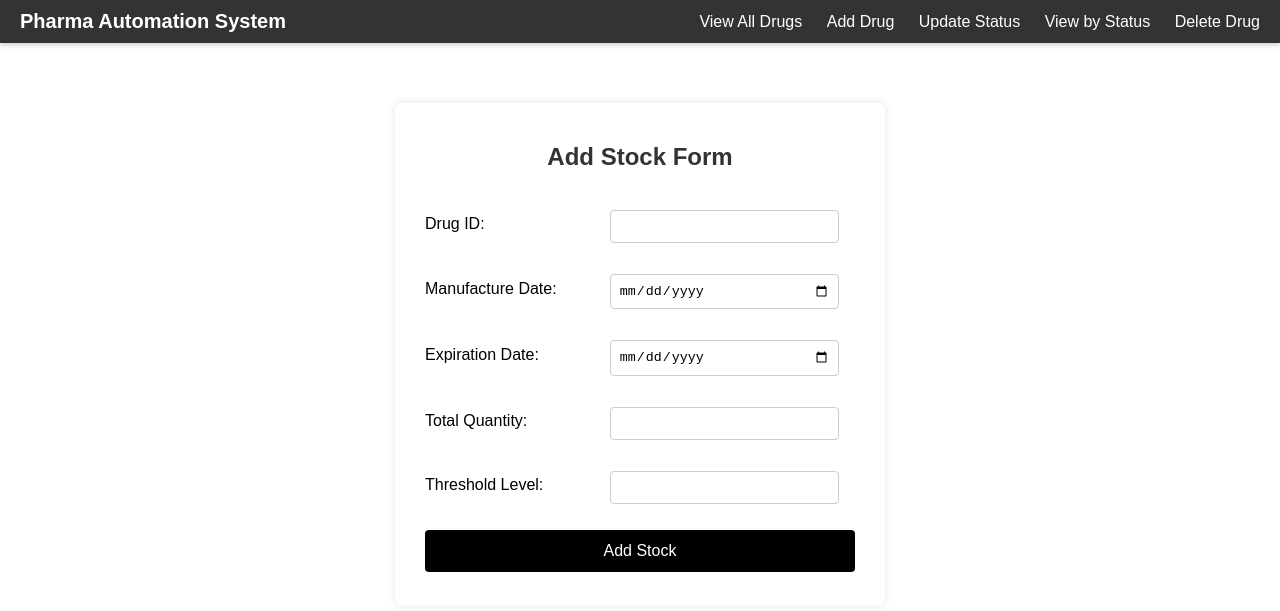
Repository: Clarrieous/Infosys-intern
Page: http://localhost/addstock
These files come from the project's save history. The page is drawn as it stood at one moment and after the next save; the edit follows.
The browser window is 1280 px wide. The pictures show the whole page.
The page is this project's Thymeleaf template; nobody is signed in. The template is opened directly, without the code that normally fills it, so the values that code supplies are empty.

Above is the page before, as saved 2024-12-08 13:37:17.

After the next save:
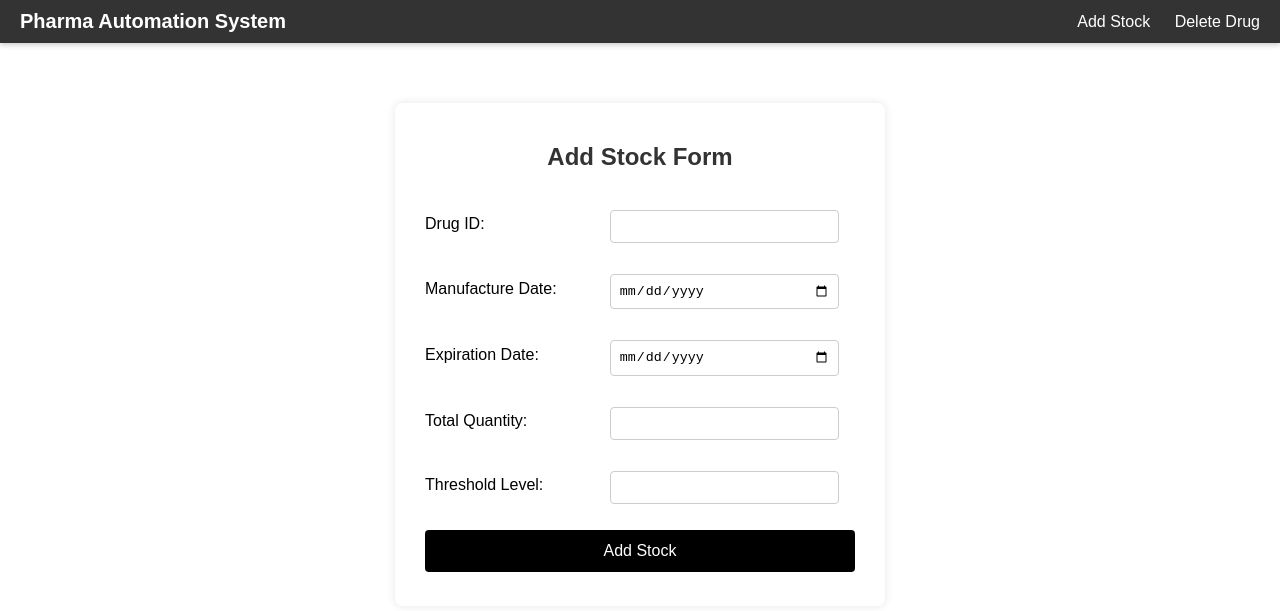
Saved 50 s later.
--- a/ClientService/src/main/resources/templates/addstock.html
+++ b/ClientService/src/main/resources/templates/addstock.html
@@ -80,10 +80,9 @@
     <div class="navbar">
         <h1>Pharma Automation System</h1>
         <div>
-            <a th:href="@{/viewAllDrugs}">View All Drugs</a>
-            <a th:href="@{/addDrug}">Add Drug</a>
-            <a th:href="@{/updateStatus}">Update Status</a>
-            <a th:href="@{/viewDrugStatus}">View by Status</a>
+
+            <a th:href="@{/addByStock}">Add Stock</a>
+
             <a th:href="@{/deleteDrug}">Delete Drug</a>
         </div>
     </div>
